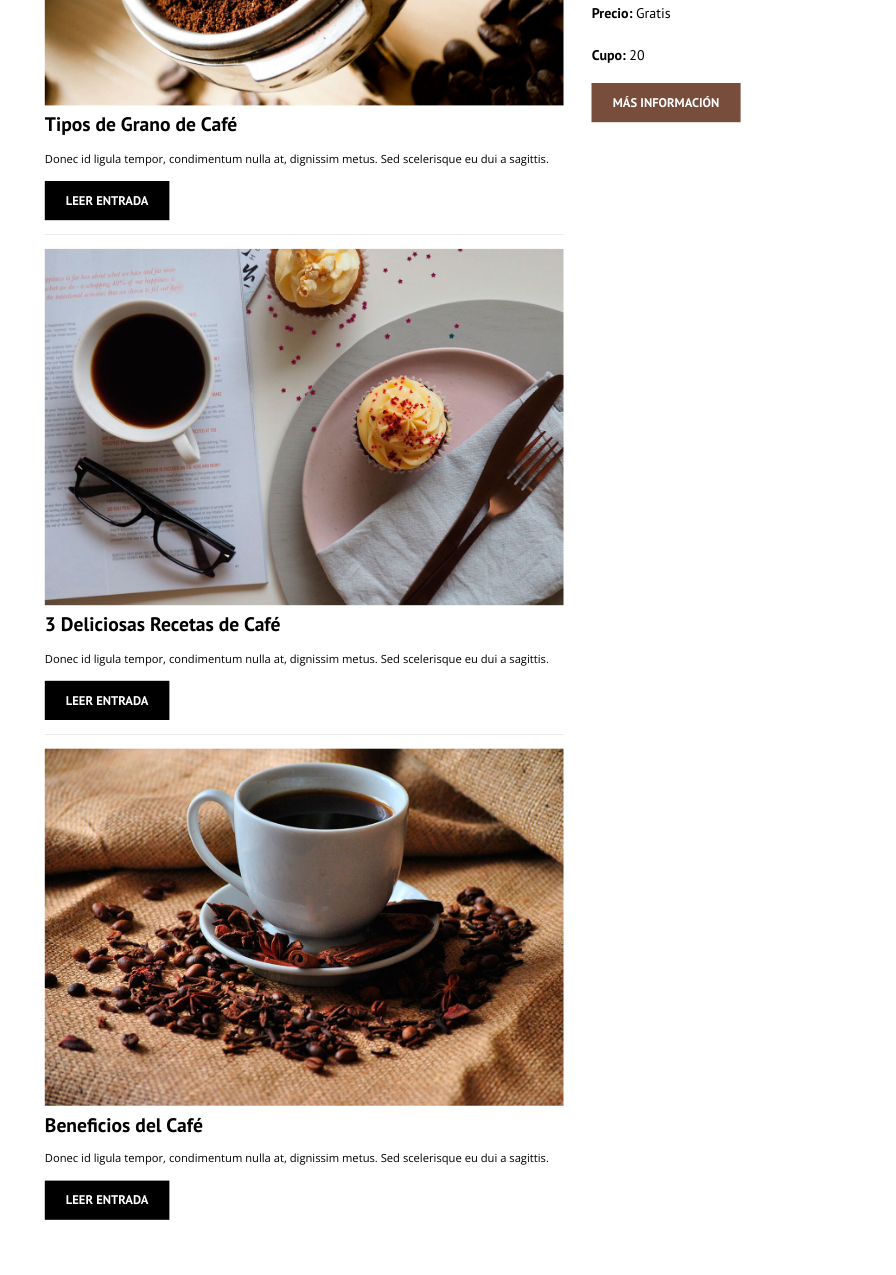
Repository: araque1990/blog_de_cafe
Page: index.html
An editor plug-in stored every save of this project. The page is shown before and after the next save, followed by the edit.
The browser window is 1280 px wide. The pictures show the part of the page from y = 1062 to 2982 px (the page is 2883 px tall before and 2982 px after), at 70% of full size.

Above is the page before, as saved 2023-01-12 17:39:58.

### index.html
<!DOCTYPE html>
<html lang="es">
<head>
  <meta charset="UTF-8">
  <meta http-equiv="X-UA-Compatible" content="IE=edge">
  <meta name="viewport" content="width=device-width, initial-scale=1.0">
  <title>Blog de Café</title>
  <link rel="stylesheet" href="css/normalize.css">
  <link rel="preconnect" href="https://fonts.googleapis.com"><link rel="preconnect" href="https://fonts.gstatic.com" crossorigin><link href="https://fonts.googleapis.com/css2?family=Open+Sans&family=PT+Sans:wght@400;700&display=swap" rel="stylesheet">
  <link rel="stylesheet" href="css/styles.css">
</head>
<body>

  <header class="header">
    <div class="contenedor">
      <div class="barra">
        <a class="logo" href="index.html">
          <h1 class="logo__nombre no-margin centrar-texto">Blog<span class="logo__bold">DeCafé</span></h1>
        </a>

        <nav class="navegacion">
          <a href="nosotros.html" class="navegacion__enlace">Nosotros</a>
          <a href="cursos.html" class="navegacion__enlace">Cursos</a>
          <a href="contacto.html" class="navegacion__enlace">Contacto</a>
        </nav>
      </div>
    </div>
    <div class="header__texto">
      <h2 class="no-margin">Blog de café con consejos y cursos</h2>
      <p class="no-margin">Aprende de los expertos con las mejores recetas y consejos</p>
    </div>
  </header>

  <div class="contenedor contenido-principal">
    <main class="blog">
      <h3>Nuestro Blog</h3>

      <article class="entrada">
        <div class="entrada__imagen">
          <img src="img/blog1.jpg" alt="imagen blog">
        </div>
        <div class="entrada__contenido">
          <h4 class="no-margin">Tipos de Grano de Café</h4>
          <p>Donec id ligula tempor, condimentum nulla at, dignissim metus. Sed scelerisque eu dui a sagittis.</p>
          <a href="entrada.html" class="boton boton--primario">Leer Entrada</a>
        </div>
      </article>

      <article class="entrada">
        <div class="entrada__imagen">
          <img src="img/blog2.jpg" alt="imagen blog">
        </div>
        <div class="entrada__contenido">
          <h4 class="no-margin">3 Deliciosas Recetas de Café</h4>
          <p>Donec id ligula tempor, condimentum nulla at, dignissim metus. Sed scelerisque eu dui a sagittis.</p>
          <a href="entrada.html" class="boton boton--primario">Leer Entrada</a>
        </div>
      </article>

      <article class="entrada">
        <div class="entrada__imagen">
          <img src="img/blog3.jpg" alt="imagen blog">
        </div>
        <div class="entrada__contenido">
          <h4 class="no-margin">Beneficios del Café</h4>
          <p>Donec id ligula tempor, condimentum nulla at, dignissim metus. Sed scelerisque eu dui a sagittis.</p>
          <a href="entrada.html" class="boton boton--primario">Leer Entrada</a>
        </div>
      </article>
    </main>

    <aside class="sidebar">
      <h3>Nuestros cursos y talleres</h3>

      <ul class="cursos no-padding">
        <li class="widget-curso">
          <h4 class="no-margin">Técnicas de Extracción de Café</h4>
          <p class="widget-curso__label">Precio:
            <span class="widget-curso__info">Gratis</span>
          </p>
          <p class="widget-curso__label">Cupo:
            <span class="widget-curso__info">20</span>
          </p>
          <a href="entrada.html" class="boton boton--secundario">Más Información</a>
        </li>
        <li class="widget-curso">
          <h4 class="no-margin">4 Recetas de Café para Principiantes</h4>
          <p class="widget-curso__label">Precio:
            <span class="widget-curso__info">Gratis</span>
          </p>
          <p class="widget-curso__label">Cupo:
            <span class="widget-curso__info">20</span>
          </p>
          <a href="entrada.html" class="boton boton--secundario">Más Información</a>
        </li>
      </ul>
    </aside>
  </div>

  <footer class="footer">
    <div class="contenedor">
      <div class="barra">
        <a class="logo" href="index.html">
          <h1 class="logo__nombre no-margin centrar-texto">Blog<span class="logo__bold">DeCafé</span></h1>
        </a>

        <nav class="navegacion">
          <a href="nosotros.html" class="navegacion__enlace">Nosotros</a>
          <a href="cursos.html" class="navegacion__enlace">Cursos</a>
          <a href="contacto.html" class="navegacion__enlace">Contacto</a>
        </nav>
      </div>
    </div>
  </footer>
</body>
</html>

### css/styles.css
:root {
  --fuenteHeading: 'PT Sans', sans-serif;
  --fuenteParrafos: 'Open Sans', sans-serif;

  --secundario: #784D3C;
  --gris: #E1E1E1;
  --blanco: #FFF;
  --negro: #000;
}
html {
  box-sizing: border-box;
  font-size: 62.5%;
}
*, *:before, *:after {
  box-sizing: inherit;
}
body {
  font-family: var(--fuenteParrafos);
  font-size: 1.6rem;
  line-height: 2;
}

/* Globales */
.contenedor {
  max-width: 120rem;
  width: 90%;
  margin: 0 auto;
}
a {
  text-decoration: none;
}
h1, h2, h3, h4 {
  font-family: var(--fuenteHeading);
  line-height: 1.2;
}
h1 {
  font-size: 4.8rem;
}
h2 {
  font-size: 4rem;
}
h3 {
  font-size: 3.2rem;
}
h4 {
  font-size: 2.8rem;
}
img {
  max-width: 100%;
}

/* Utilidades */
.no-margin {
  margin: 0;
}
.no-padding {
  padding: 0;
}
.centrar-texto {
  text-align: center;
}

/* Header */
.header {
  background-image: url(../img/banner.jpg);
  height: 60rem;
  background-size: cover;
  background-repeat: no-repeat;
  background-position: center center;
}
.header__texto {
  text-align: center;
  color: var(--blanco);
  margin-top: 5rem;
}

@media (min-width: 768px) {
  .header__texto {
    margin-top: 15rem;
  }
}

@media (min-width: 768px) {
  .barra {
    display: flex;
    justify-content: space-between;
    align-items: center;
  }
}
.logo {
  color: var(--blanco);
}
.logo__nombre {
  font-weight: 400;
}
.logo__bold {
  font-weight: 700;
}

@media (min-width: 768px) {
  .navegacion {
    display: flex;
    gap: 2rem;
  }
}
.navegacion__enlace {
  display: block;
  text-align: center;
  font-size: 1.8rem;
  color: var(--blanco);
}

@media (min-width: 768px) {
  .contenido-principal {
    display: grid;
    grid-template-columns: 2fr 1fr;
    column-gap: 4rem;
  }
}

.entrada {
  border-bottom: 1px solid var(--gris);
  margin-bottom: 2rem;
}
.entrada:last-of-type {
  border: none;
  margin-bottom: 0;
}
.boton {
  display: block;
  font-family: var(--fuenteHeading);
  color: var(--blanco);
  text-align: center;
  padding: 1rem 3rem;
  font-size: 1.8rem;
  text-transform: uppercase;
  font-weight: 700;
  margin-bottom: 2rem;
}
@media (min-width: 768px) {
  .boton {
    display: inline-block;
  }
}
.boton--primario {
  background-color: var(--negro);
}
.boton--secundario {
  background-color: var(--secundario);
}

.cursos {
  list-style: none;
}

.widget-curso {
  border-bottom: 1px solid var(--gris);
  margin-bottom: 2rem;
}
.widget-curso:last-of-type {
  border: none;
  margin-bottom: 0;
}
.widget-curso__label {
  font-family: var(--fuenteHeading);
  font-weight: 700;
}
.widget-curso__info {
  font-weight: 400;
}
.widget-curso__info, .widget-curso__label {
  font-size: 2rem;
}

Loaded but not shown: css/normalize.css (library)

After the next save:
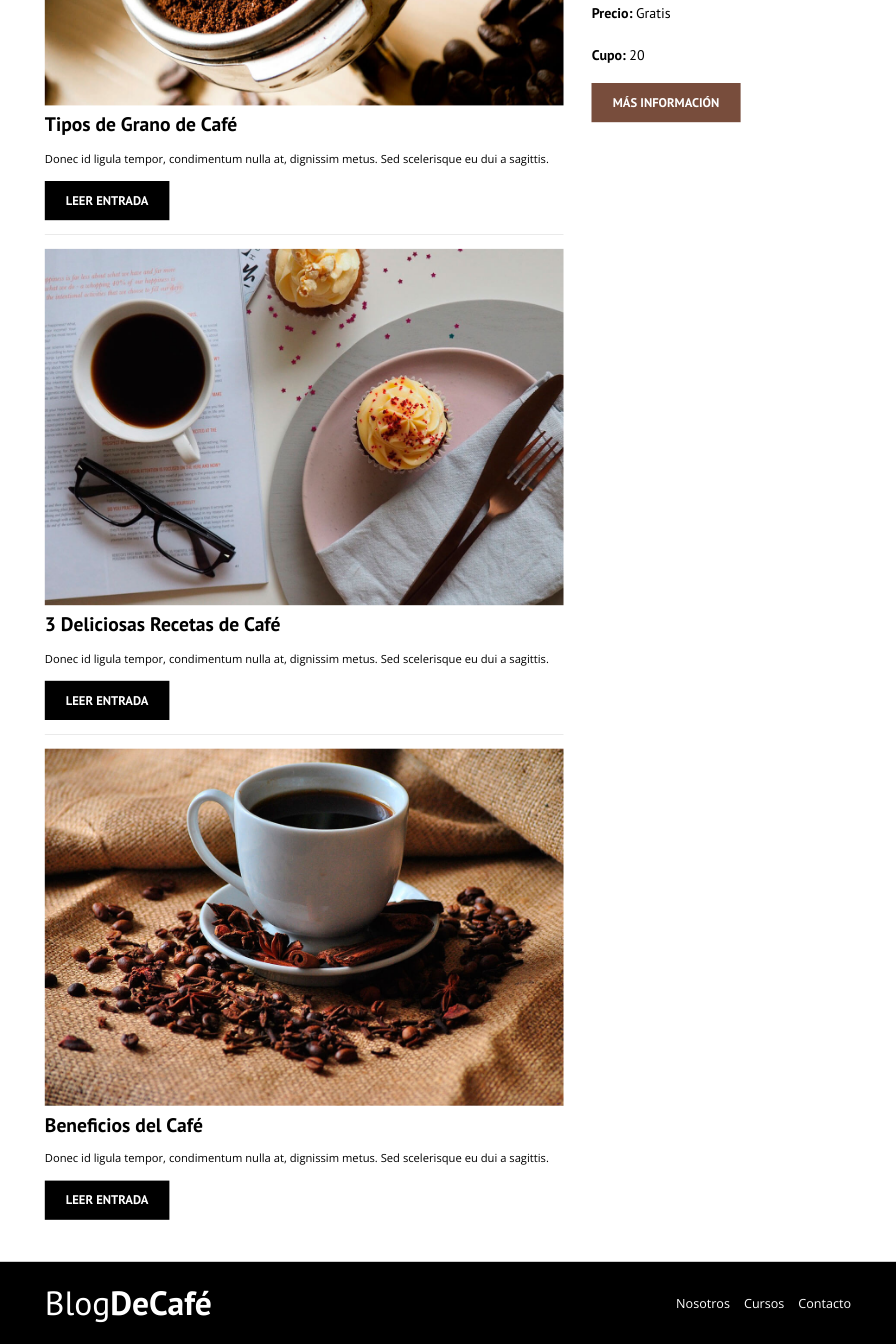
Saved 60 s later.
--- a/css/styles.css
+++ b/css/styles.css
@@ -171,3 +171,9 @@ img {
 .widget-curso__info, .widget-curso__label {
   font-size: 2rem;
 }
+
+.footer {
+  background-color: var(--negro);
+  padding: 3rem 0;
+  margin-top: 4rem;
+}
